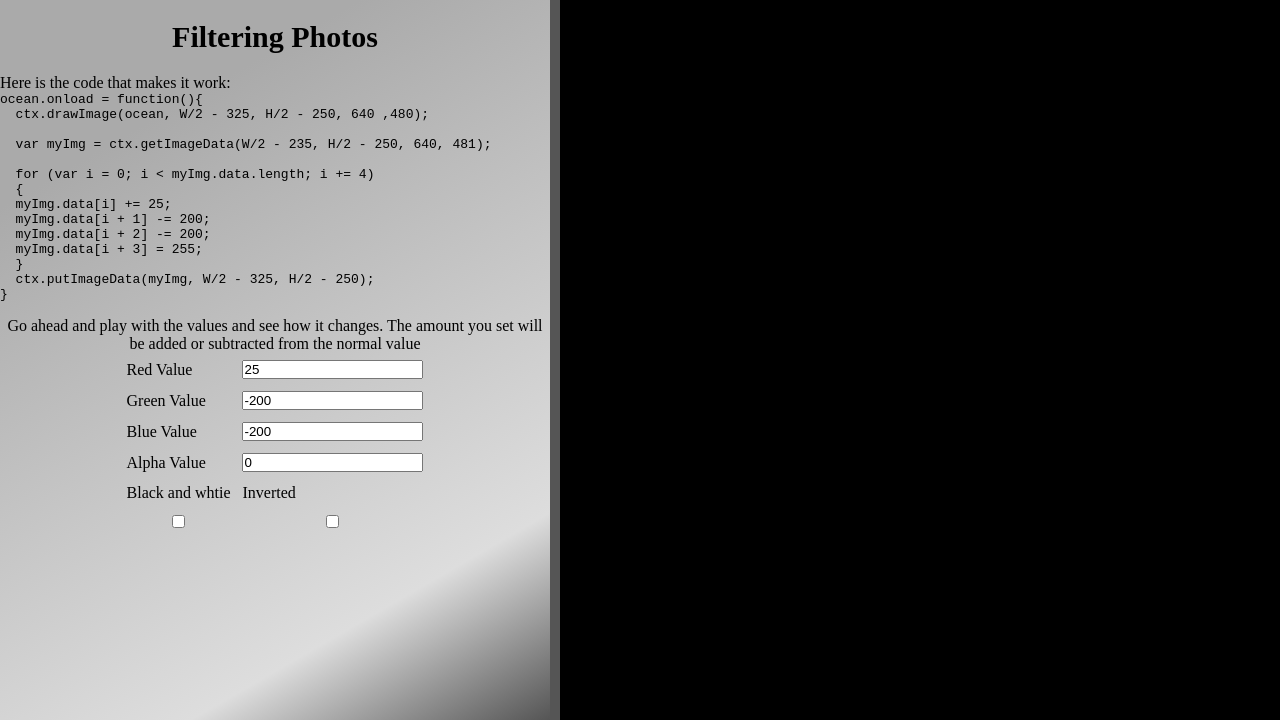
Repository: tourn171/canvasBlogAssets
Page: Chapter1/Section2/examples/imgaltered.html
The author's editor kept a record of every edit. The page is drawn from the files as they stood at one moment, then again after the next edit.
The browser window is 1280 px wide. The pictures show the whole page.

Above is the page before.
Console error: TypeError: Cannot read properties of null (reading 'addEventListener')

After the next edit:
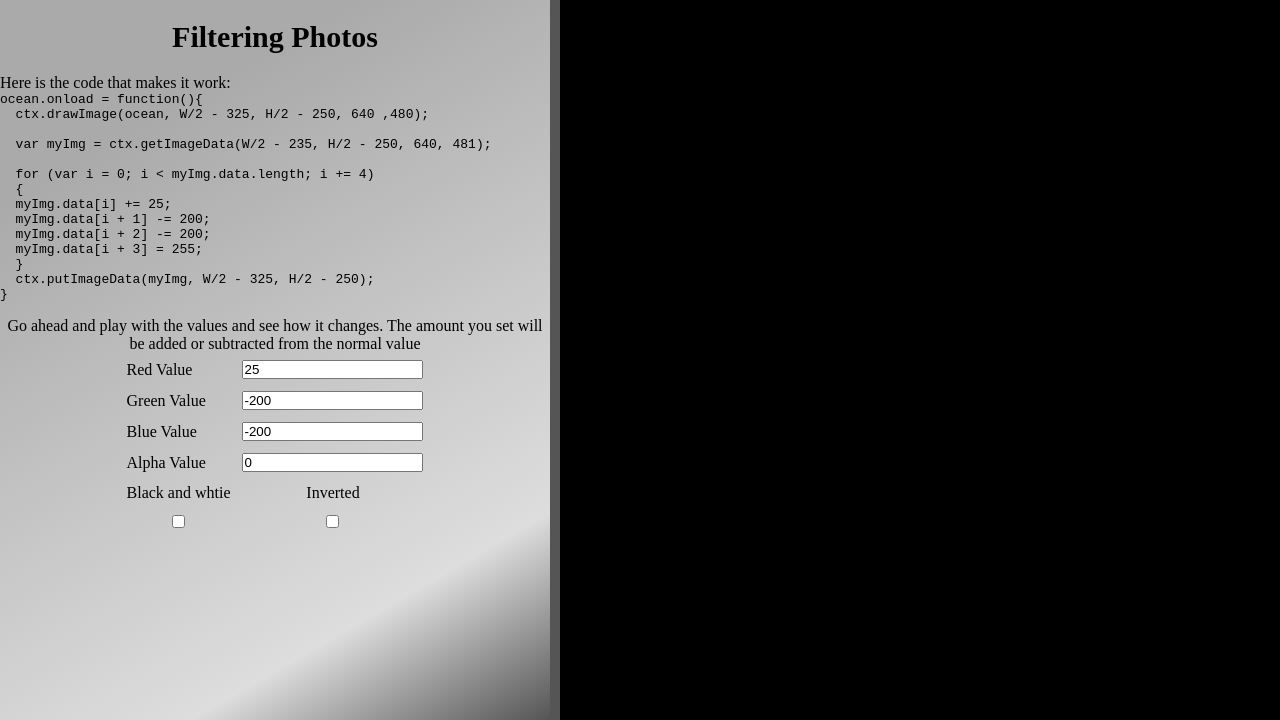
The edit:
--- a/Chapter1/Section2/examples/imgaltered.html
+++ b/Chapter1/Section2/examples/imgaltered.html
@@ -49,8 +49,8 @@
                 <td><input type="text" name="aval" id="alpha"/></td>
             </tr>
             <tr>
-                <td>Black and whtie</td>
-                <td>Inverted</td>
+                <td style="text-align:center">Black and whtie</td>
+                <td style="text-align:center">Inverted</td>
             </tr>
             <tr>
                 <td style="text-align:center"><input type="checkbox" name=""/></td>
